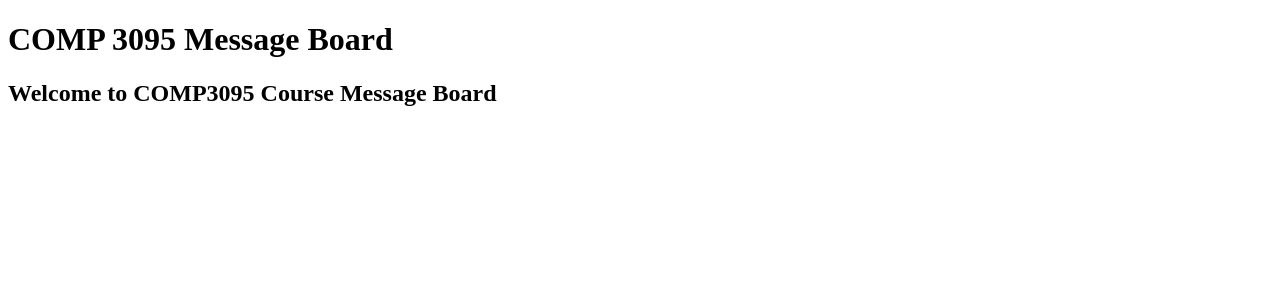
Repository: JesseFo/Whitespace
Page: whitespace/WebContent/WEB-INF/index.html
The author's editor kept a copy of each file at every save. The page is drawn from the files as they stood at one save, then again after the next save.
The browser window is 1280 px wide. The pictures show the whole page.

Above is the page before, as saved 2015-10-14 01:12:40.

### whitespace/WebContent/WEB-INF/index.html
<!DOCTYPE html>
<html>
	<head>
		<meta charset="ISO-8859-1">
		<title>Insert title here</title>
	</head>

	<body>
		<div id="wrapper">
			<div id="title">
				<h1>COMP 3095 Message Board</h1>
				<h2>Welcome to COMP3095 Course Message Board</h2>
			</div>

			<div id="content">
				<table><tr>
					<td></td>
					<td></td>
				</tr></table>
			</div>
		</div>
	</body>
</html>

After the next save:
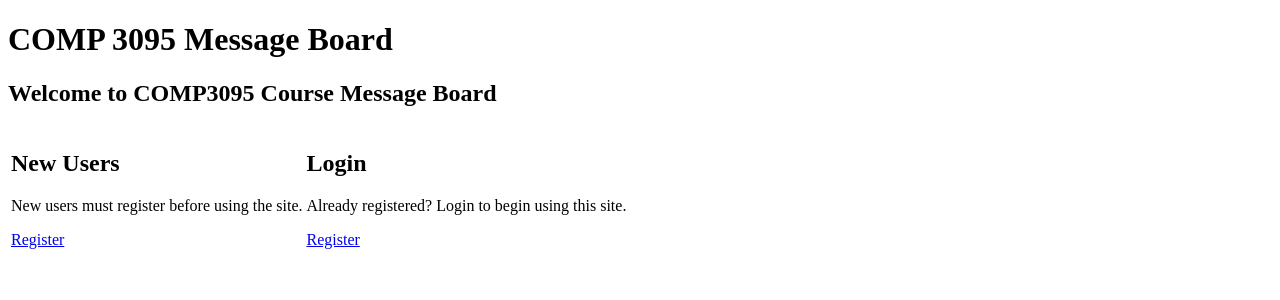
Saved 2 min 50 s later.
--- a/whitespace/WebContent/WEB-INF/index.html
+++ b/whitespace/WebContent/WEB-INF/index.html
@@ -14,8 +14,16 @@
 
 			<div id="content">
 				<table><tr>
-					<td></td>
-					<td></td>
+					<td>
+						<h2>New Users</h2>
+						<p>New users must register before using the site.</p>
+						<a href="#">Register</a>
+					</td>
+					<td>
+						<h2>Login</h2>
+						<p>Already registered? Login to begin using this site.</p>
+						<a href="#">Register</a>
+					</td>
 				</tr></table>
 			</div>
 		</div>
